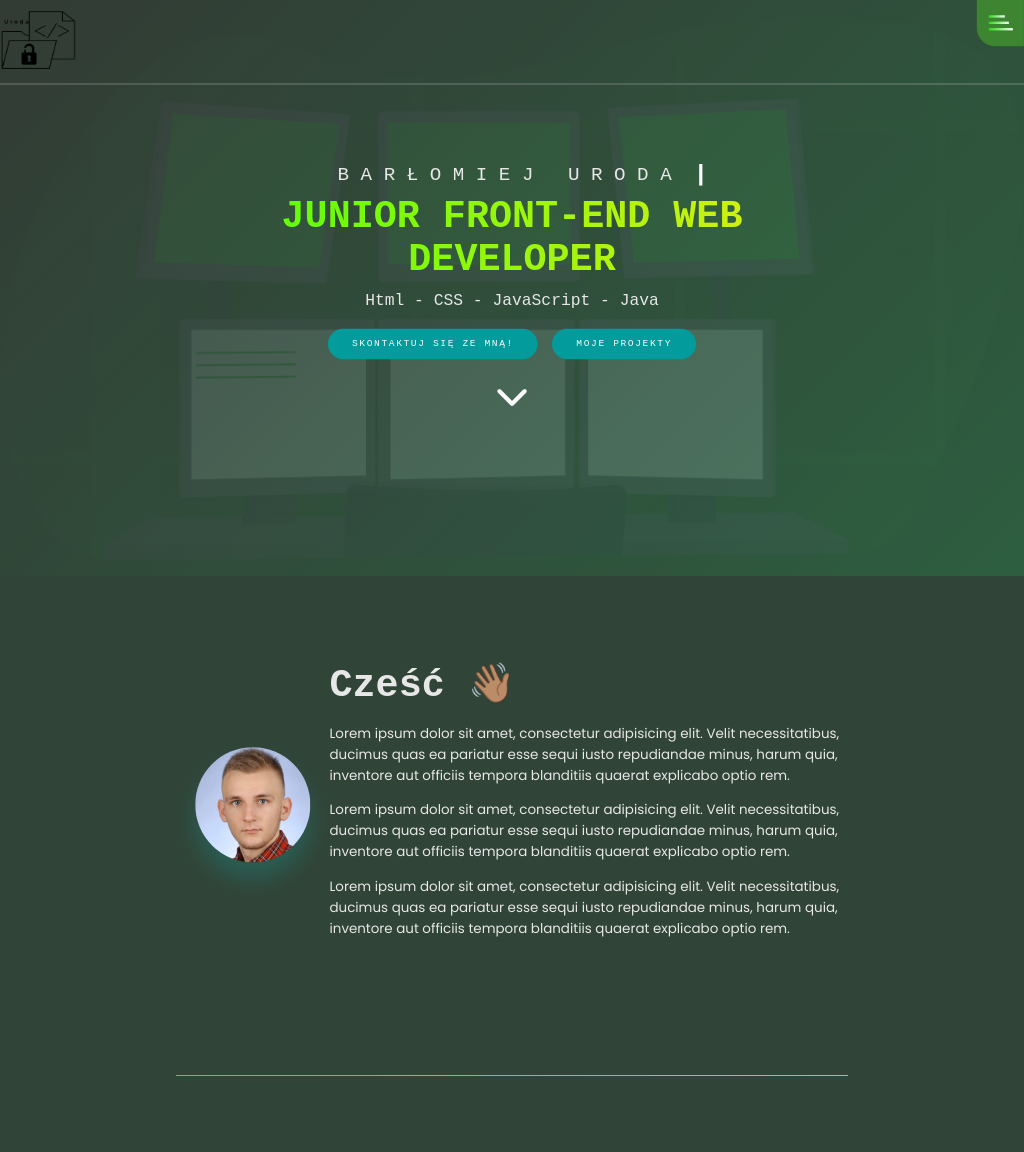
Repository: BartekUroda/portfolio
Page: index.html
The author's editor kept a copy of each file at every save. The page is drawn from the files as they stood at one save, then again after the next save.
The browser window is 1280 px wide. The pictures show the whole page, at 80% of full size.
Some web fonts or font styles are not loaded; a fallback is used. Some web libraries are served in a nearby version.

Above is the page before, as saved 2020-10-27 19:39:43.

After the next save:
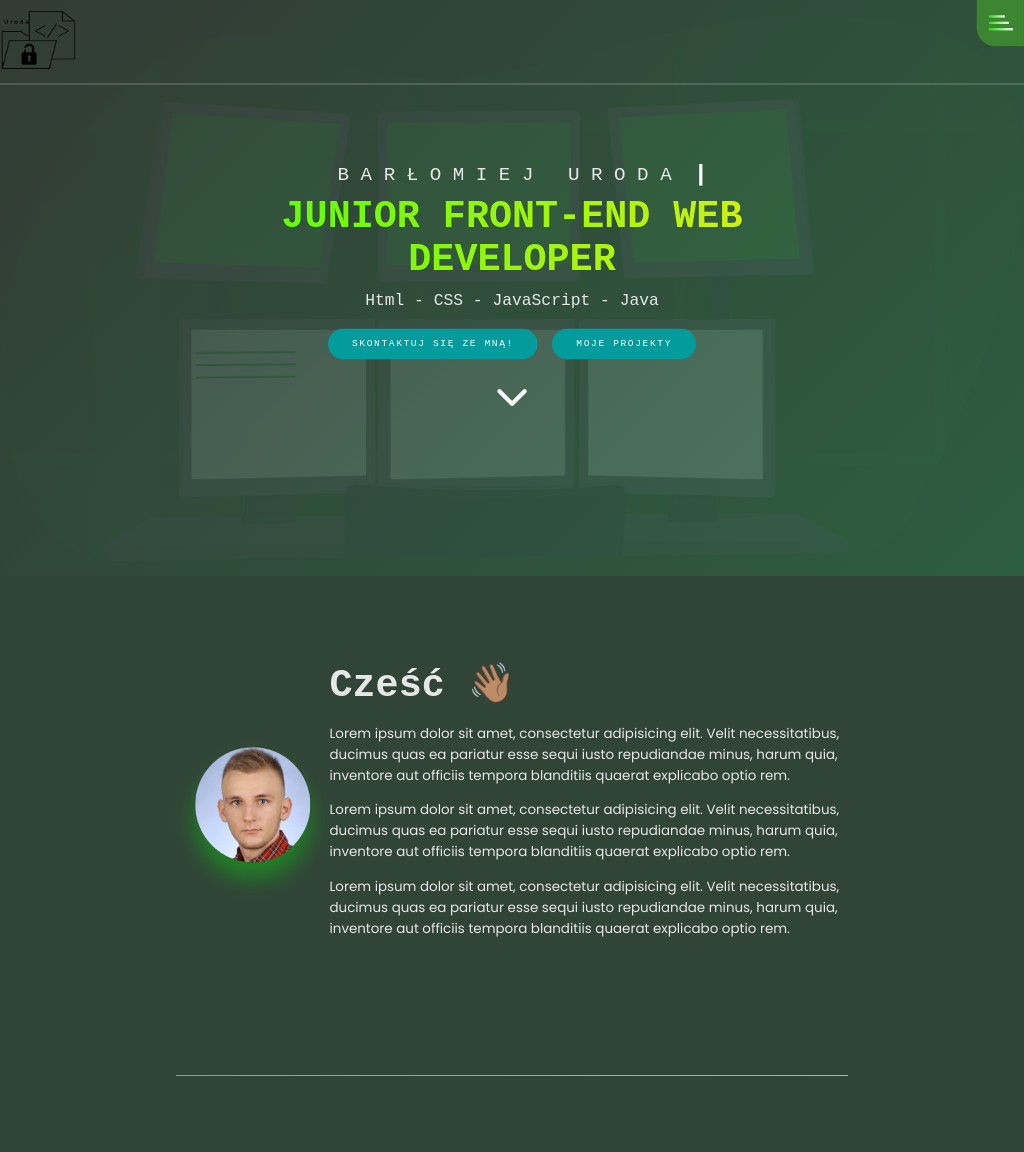
Saved 22 s later.
--- a/css/style.css
+++ b/css/style.css
@@ -281,7 +281,7 @@ nav {
     width: auto;
     border-radius: 50%;
     margin: 2rem;
-    box-shadow: 0 20px 30px 0 rgba(0, 255, 255, 0.15);
+    box-shadow: 0 20px 30px 0 rgba(4, 236, 4, 0.397);
   }
 
 .about-text-box {
